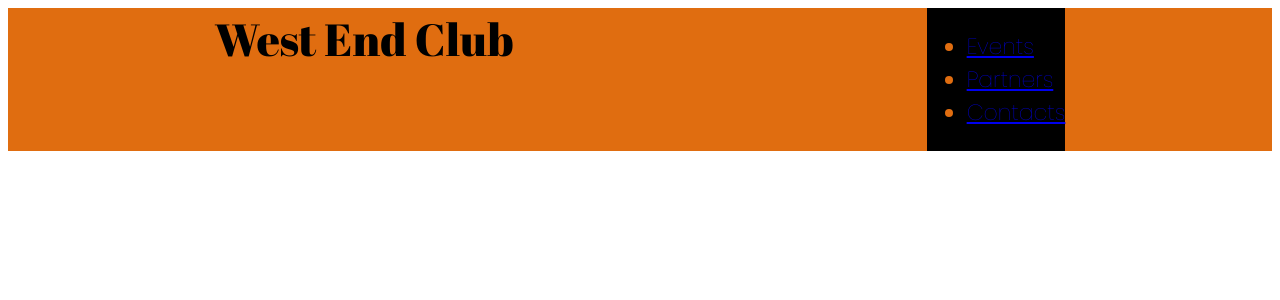
Repository: lastbronx41/lastbronx41.github.io
Page: starting/index.html
These files come from the project's save history. The page is drawn as it stood at one moment and after a run of saves; the edit follows.
The browser window is 1280 px wide. The pictures show the whole page.
Some web fonts or font styles are not loaded; a fallback is used.

Above is the page before, as saved 2022-07-19 02:28:18.

### starting/index.html
<!DOCTYPE html>

<html>
   <head>
      <meta charset="utf-8">
      <title>Our Club</title>
      <link rel="stylesheet" href="./styles.css" type="text/css">
      <link rel="preconnect" href="https://fonts.googleapis.com">
      <link rel="preconnect" href="https://fonts.gstatic.com" crossorigin>
      <link href="https://fonts.googleapis.com/css2?family=Abril+Fatface&family=Slabo+13px&family=Space+Mono&display=swap" rel="stylesheet">
      <link rel="preconnect" href="https://fonts.googleapis.com">
      <link rel="preconnect" href="https://fonts.gstatic.com" crossorigin>
      <link href="https://fonts.googleapis.com/css2?family=Abril+Fatface&family=Poppins:wght@100&family=Slabo+13px&family=Space+Mono&display=swap" rel="stylesheet">
   </head>

   <body>

      <div class="header">
         <div id="title">West End Club</div>
         <div id="nav">
            <ul>
               <li>
                  <a href="#">Events</a>
               </li>
               <li>
                  <a href="#">Partners</a>
               </li>
               <li>
                  <a href="#">Contacts</a>
               </li>
            </ul>
         </div>
      </div>



   </body>
</html>

### starting/styles.css
.header {
   display: flex;
   justify-content: space-around;
   background-color: #E06D10;
}

#title {
   font-size: 45px;
   font-family: 'Abril Fatface', cursive;
}

#nav {
   font-size: 22px;
   font-family: 'Poppins', sans-serif;
   background-color: black;
   color: #E06D10;
}

After the next 4 saves:
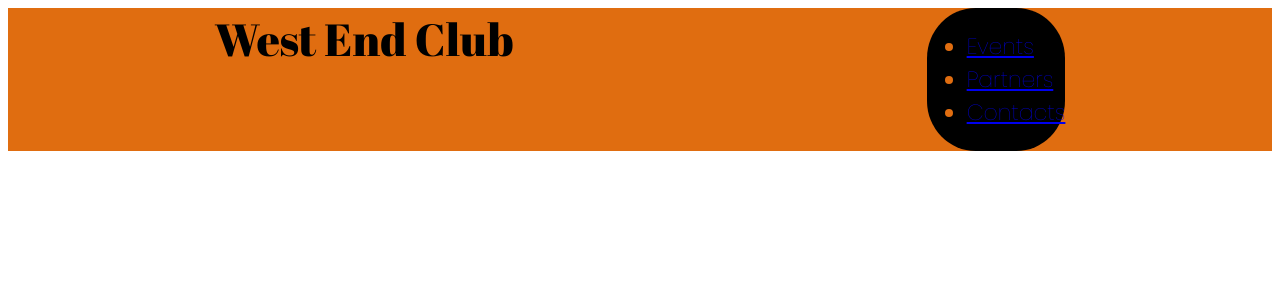
The 4 saves are shown as one change because they came seconds apart.
The last was saved 15 s later.
--- a/starting/styles.css
+++ b/starting/styles.css
@@ -14,4 +14,5 @@
    font-family: 'Poppins', sans-serif;
    background-color: black;
    color: #E06D10;
+   border-radius: 35%;
 }
